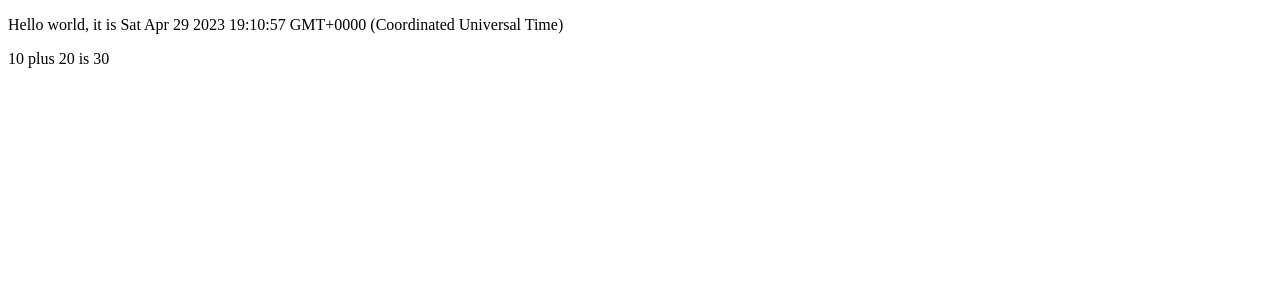
Repository: NestorEspuch/portfolio
Page: / (app in part1/)
The author's editor kept a copy of each file at every save. The page is drawn from the files as they stood at one save, then again after the next save.
The browser window is 1280 px wide. The pictures show the whole page.
The project was rebuilt for these pictures with package versions that can differ from the ones it lists, and the page was loaded fresh each time.

Above is the page before, as saved 2023-04-29 19:16:07.

### part1/src/index.js
import React from 'react'
import ReactDOM from 'react-dom'

const App = () => {
  const now = new Date()
  const a = 10
  const b = 20

  return (
    <div>
      <p>Hello world, it is {now.toString()}</p>
      <p>
        {a} plus {b} is {a + b}
      </p>
    </div>
  )
}

ReactDOM.render(<App />, document.getElementById('root'))

Loaded but not shown: part1/public/index.html (common file)

After the next save:
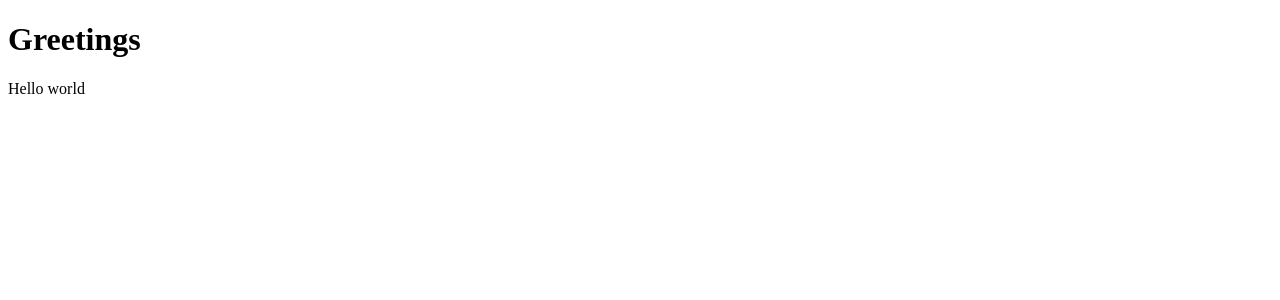
Saved 109 s later.
--- a/part1/src/index.js
+++ b/part1/src/index.js
@@ -1,17 +1,19 @@
 import React from 'react'
 import ReactDOM from 'react-dom'
 
-const App = () => {
-  const now = new Date()
-  const a = 10
-  const b = 20
-
+const Hello = () => {
   return (
     <div>
-      <p>Hello world, it is {now.toString()}</p>
-      <p>
-        {a} plus {b} is {a + b}
-      </p>
+      <p>Hello world</p>
+    </div>
+  )
+}
+
+const App = () => {
+  return (
+    <div>
+      <h1>Greetings</h1>
+      <Hello />
     </div>
   )
 }
